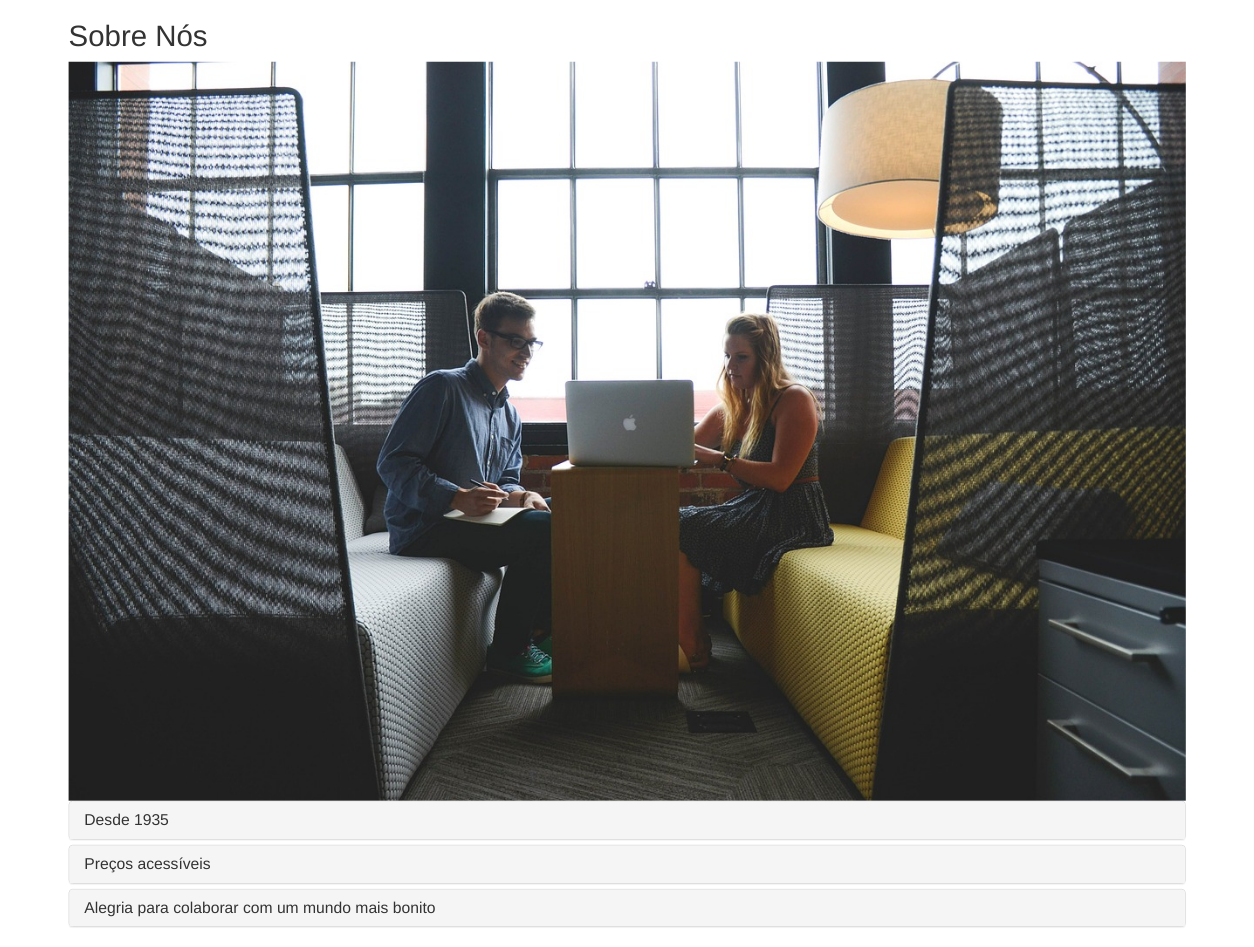
Repository: daviemer/bootstrap-alura
Page: index2.html
An editor plug-in stored every save of this project. The page is shown before and after the next save, followed by the edit.
The browser window is 1280 px wide. The pictures show the whole page, at 98% of full size.

Above is the page before, as saved 2022-07-08 19:21:56.

### index2.html
<!DOCTYPE html>
<html lang="pt-br">
<head>
  <meta charset="UTF-8">
  <meta http-equiv="X-UA-Compatible" content="IE=edge">
  <meta name="viewport" content="width=device-width, initial-scale=1.0">
  <title>Document</title>
  <link rel="stylesheet" href="bootstrap/css/bootstrap.min.css" type="text/css">
</head>
<body>
  <div class="container">
    <h2>Sobre Nós</h2>
    <img class="img-responsive" src="assets/img/empresa.jpg" alt="">
    <div class="panel-group">
      <div class="panel panel-default">
        <div class="panel-heading">
          <h3 class="panel-title" data-toggle="collapse" data-target="#primeiro-paragrafo">Desde 1935</h3>
        </div>
          <div id="primeiro-paragrafo" class="collapse">
            <div class="panel-body">
              <p>A TopCasaFina arquitetura está no mercado desde</p>
            </div>
          </div>

      </div>
      <div class="panel panel-default">
        <div class="panel-heading">
          <h3 class="panel-title" data-toggle="collapse" data-target="#segundo-paragrafo">Preços acessíveis</h3>
        </div>
          <div id="segundo-paragrafo" class="collapse">
            <div class="panel-body">
              <p>A TopCasaFina arquitetura está no mercado desde</p>
            </div>
          </div>

      </div>
      <div class="panel panel-default">
        <div class="panel-heading">
          <h3 class="panel-title" data-toggle="collapse" data-target="#terceiro-paragrafo">Alegria para colaborar com um mundo mais bonito</h3>
        </div>
          <div id="terceiro-paragrafo" class="collapse">
            <div class="panel-body">
              <p >A TopCasaFina arquitetura está no mercado desde</p>
              </div>
          </div>
      </div>
    </div>
  </div>

  </div>
<script src="jquery.js"></script>
<script src="bootstrap/js/bootstrap.min.js"></script>
</body>
</html>

Loaded but not shown: bootstrap/css/bootstrap.min.css (library); jquery.js (library); bootstrap/js/bootstrap.min.js (library)

After the next save:
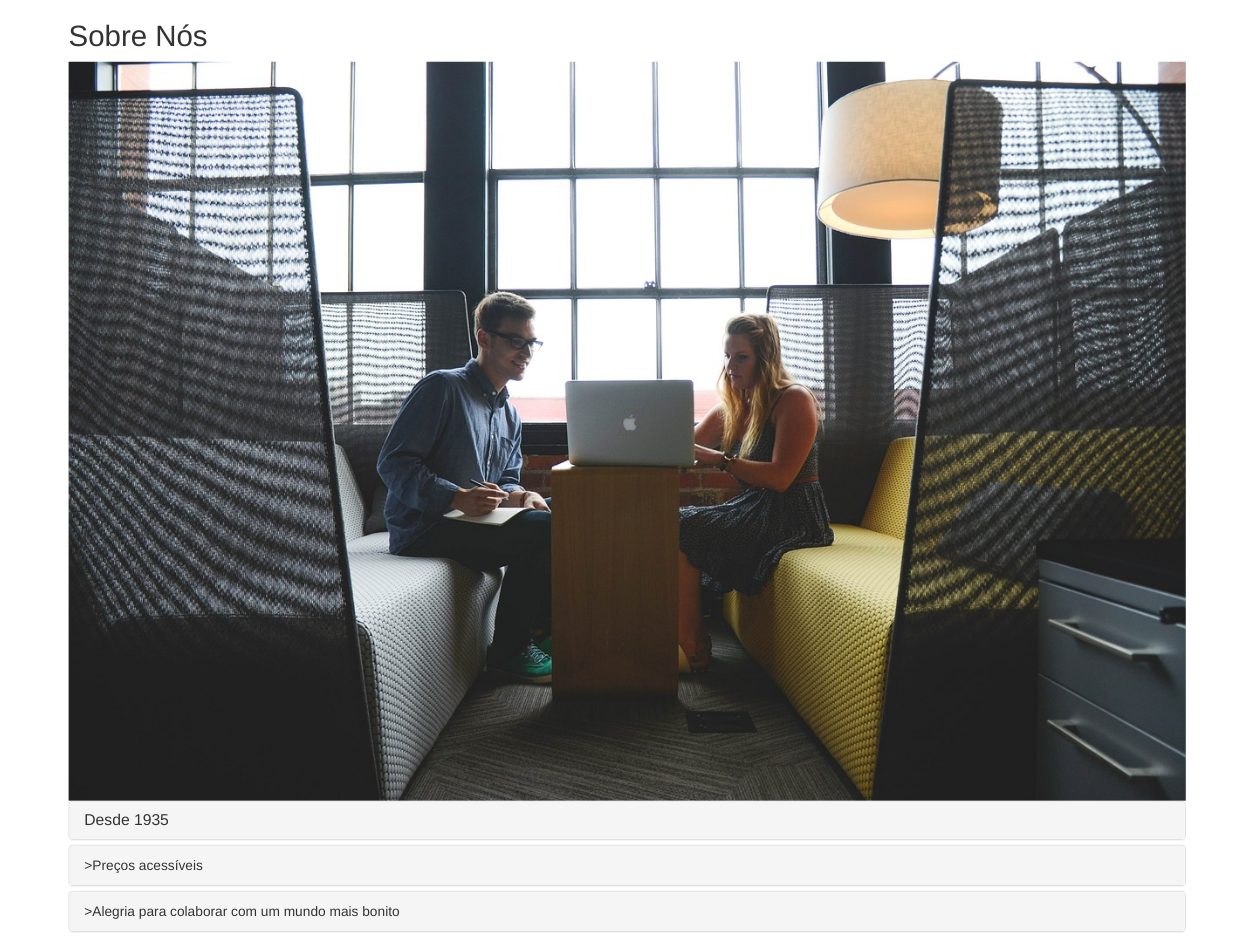
Saved 8 min 48 s later.
--- a/index2.html
+++ b/index2.html
@@ -11,10 +11,11 @@
   <div class="container">
     <h2>Sobre Nós</h2>
     <img class="img-responsive" src="assets/img/empresa.jpg" alt="">
-    <div class="panel-group">
+
+    <div class="panel-group" id="paineis-sobre">
       <div class="panel panel-default">
         <div class="panel-heading">
-          <h3 class="panel-title" data-toggle="collapse" data-target="#primeiro-paragrafo">Desde 1935</h3>
+          <h3 class="panel-title" data-toggle="collapse" data-target="#primeiro-paragrafo" data-parent="#paineis-sobre">Desde 1935</h3>
         </div>
           <div id="primeiro-paragrafo" class="collapse">
             <div class="panel-body">
@@ -25,7 +26,7 @@
       </div>
       <div class="panel panel-default">
         <div class="panel-heading">
-          <h3 class="panel-title" data-toggle="collapse" data-target="#segundo-paragrafo">Preços acessíveis</h3>
+          <h3 class="panel-title" data-toggle="collapse" data-target="#segundo-paragrafo" data-parent="#paineis-sobre"></h3>>Preços acessíveis</h3>
         </div>
           <div id="segundo-paragrafo" class="collapse">
             <div class="panel-body">
@@ -36,7 +37,7 @@
       </div>
       <div class="panel panel-default">
         <div class="panel-heading">
-          <h3 class="panel-title" data-toggle="collapse" data-target="#terceiro-paragrafo">Alegria para colaborar com um mundo mais bonito</h3>
+          <h3 class="panel-title" data-toggle="collapse" data-target="#terceiro-paragrafo" data-parent="#paineis-sobre"></h3>>Alegria para colaborar com um mundo mais bonito</h3>
         </div>
           <div id="terceiro-paragrafo" class="collapse">
             <div class="panel-body">
